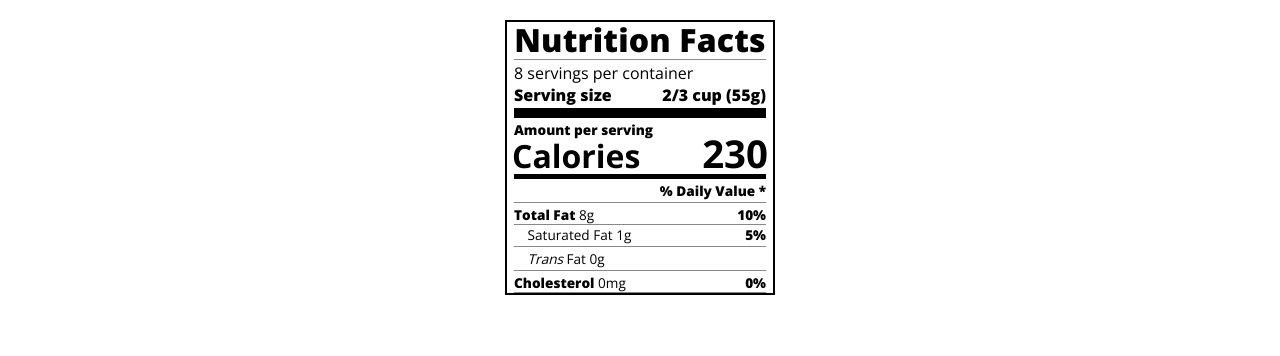
Repository: AimenDje/NutritionLabel
Page: index.html
The author's editor kept a copy of each file at every save. The page is drawn from the files as they stood at one save, then again after the next save.
The browser window is 1280 px wide. The pictures show the whole page.

Above is the page before, as saved 2025-08-30 23:22:25.

After the next save:
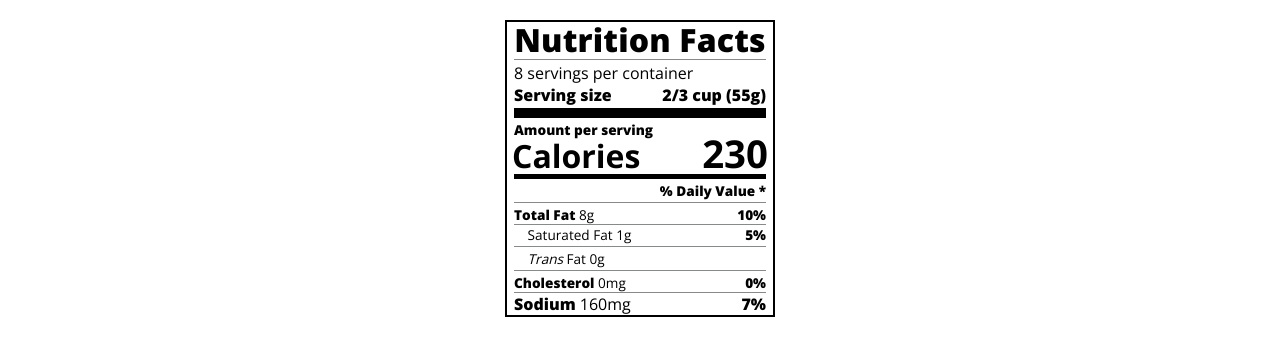
Saved 2 min 7 s later.
--- a/index.html
+++ b/index.html
@@ -35,6 +35,7 @@
       <p class="indent no-divider"><span><i>Trans</i> Fat 0g</span></p>
       <div class="divider"></div>
       <p> <span><span class="bold">Cholesterol</span> 0mg</span> <span class="bold">0%</span> </div>
+      <p><span><span class="bold">Sodium</span> 160mg </span> <span class="bold">7%</span> </p>
     </div>
   </div>
   </div>
